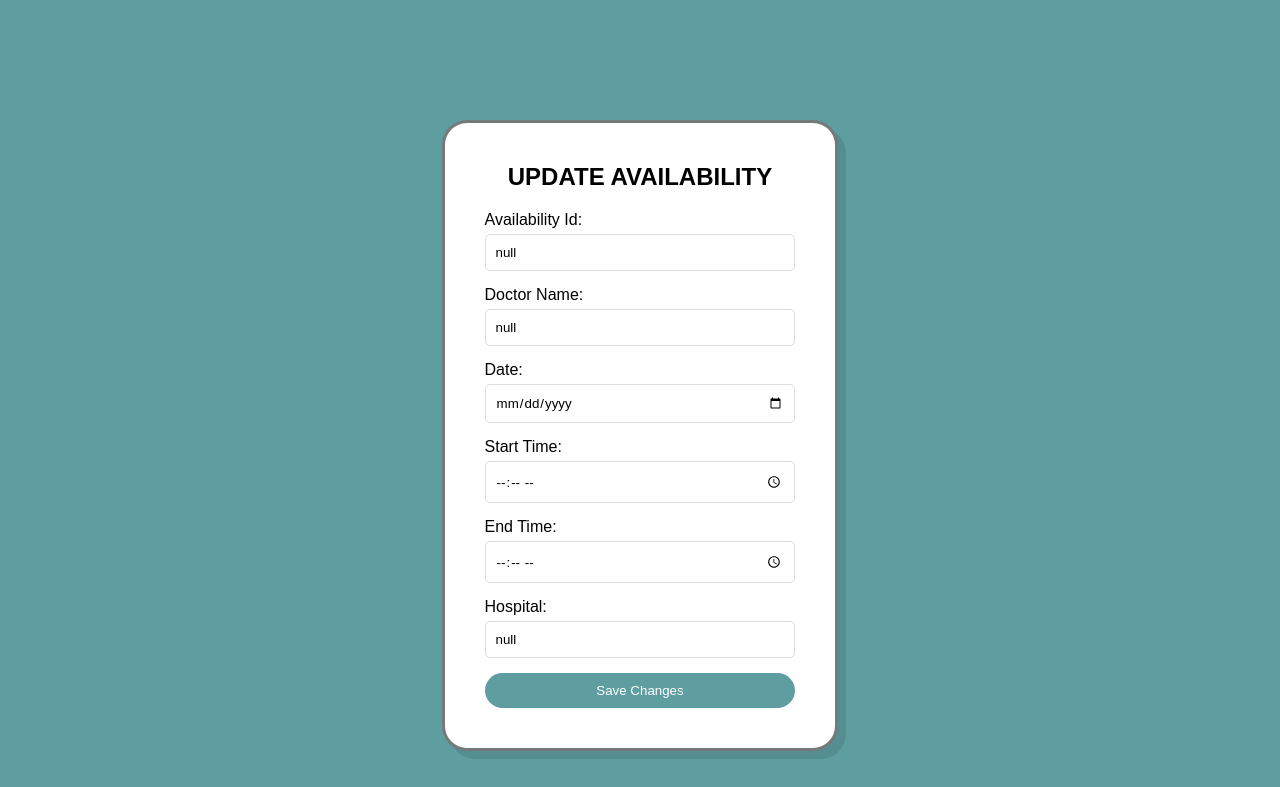
Repository: MonaliWatareka/echanneling
Page: http://localhost/PatientDemo/updateAvailability.jsp
An editor plug-in stored every save of this project. The page is shown before and after the next save, followed by the edit.
The browser window is 1280 px wide. The pictures show the whole page.
The page is served by Tomcat 10. Other server files are loaded and not shown.

Above is the page before, as saved 2024-10-12 14:13:44.

### Project/PatientDemo/src/main/webapp/updateAvailability.jsp
<%@ page language="java" contentType="text/html; charset=UTF-8"
    pageEncoding="UTF-8"%>

<!DOCTYPE html>

<html lang="en">

<head>
    <meta charset="UTF-8">
    <meta name="viewport" content="width=device-width, initial-scale=1.0">
    <title>Update Availability</title>
    <link rel="stylesheet" href="${pageContext.request.contextPath}/css/update doctor availability.css">
</head>

<body>

	<%
	    // Retrieve parameters passed from availabilityList.jsp
	    String aid = request.getParameter("availabilityId");
	    String doctorname = request.getParameter("doctorname");
	    String date = request.getParameter("date");
	    String starttime = request.getParameter("starttime");
	    String endtime = request.getParameter("endtime");
	    String hospital = request.getParameter("hospital");
	%>


    <div class="wrapper">
        <div class="form-box">
            <header>UPDATE AVAILABILITY</header>
            <form action="updateAvailability" method="post">

            	<label>Availability Id:</label>
                <input type="text" class="input-field" name="aid" value="<%=aid%>" readonly>

            	<label>Doctor Name:</label>
                <input type="text" class="input-field" name="doctorname" value="<%=doctorname%>" readonly>

                <label>Date:</label>
                <input type="date" class="input-field" name="date" value="<%=date%>" required>

                <label>Start Time:</label>
                <input type="time" class="input-field" name="starttime" value="<%=starttime%>" required>

                <label>End Time:</label>
				<input type="time" class="input-field" name="endtime" value="<%=endtime%>" required>

                <label>Hospital:</label>
                <input type="text" class="input-field" name="hospital" value="<%=hospital%>" required>

                <button type="submit" class="add-btn" style="border-radius:25px;">Save Changes</button>
            </form>
        </div>
    </div>
    <br><br>


</body>
</html>

### Project/PatientDemo/src/main/webapp/css/update doctor availability.css

* {
    margin: 0;
    padding: 0;
    box-sizing: border-box;
    font-family: 'Arial', sans-serif;
}

body{
    background-color: cadetblue;
}

/* Navigation Bar */
.nav {
    width: 100%;
    height: 55px;
    background:rgb(255, 255, 255);
    display: flex;
    justify-content: space-between;
    align-items: center;
    padding: 0 50px;
    position: fixed;
    top: 0;
    left: 0;
    z-index: 100;
}

.nav-logo p {
    color: #000000;
    font-size: 24px;
    font-weight: bold;
}

.nav-menu ul {
    list-style: none;
    display: flex;
}

.nav-menu ul li {
    margin-right: 20px;
}

.nav-menu ul li a {
    color: #000000;
    text-decoration: none;
    font-size: 15px;
    transition: color 0.3s ease;
}

.nav-menu ul li a:hover,
.nav-menu ul li a.active {
    color:cadetblue;
}

.nav-button .btn {
    background-color: cadetblue;
    color: #fff;
    padding: 10px 20px;
    border: none;
    cursor: pointer;
    border-radius: 30px;
    transition: background-color 0.3s ease;
}

.nav-button .btn:hover {
    background-color: lightblue;
}

.wrapper {
    margin-top: 120px;
    display: flex;
    justify-content: center;
}

.form-box {
    background-color: #fff;
    padding: 40px;
    border: rgba(0, 7, 7, 0.537) solid;
    border-radius: 25px;
    box-shadow: 8px 8px rgba(0, 0, 0, 0.1);
}

header {
    font-size: 24px;
    font-weight: bold;
    margin-bottom: 20px;
    text-align: center;
}

label {
    font-size: 16px;
    display: block;
    margin-bottom: 5px;
}

.input-field {
    width: 100%;
    padding: 10px;
    margin-bottom: 15px;
    border-radius: 5px;
    border: 1px solid #ddd;
}

.add-btn {
    width: 100%;
    padding: 10px;
    background-color: cadetblue;
    color: white;
    border: none;
    border-radius: 5px;
    cursor: pointer;
}

.add-btn:hover {
    background-color: lightblue;
}


footer {
    width: 100%;
    background-color: rgb(255, 255, 255);
    padding: 20px 0;
    text-align: center;
    position: fixed;
    bottom: 0;
    left: 0;
}

.footer-content {
    display: flex;
    flex-direction: column;
    align-items: center;
    color: rgb(0, 0, 0);
}

.footer-content p {
    margin: 0;
    font-size: 14px;
}

After the next save:
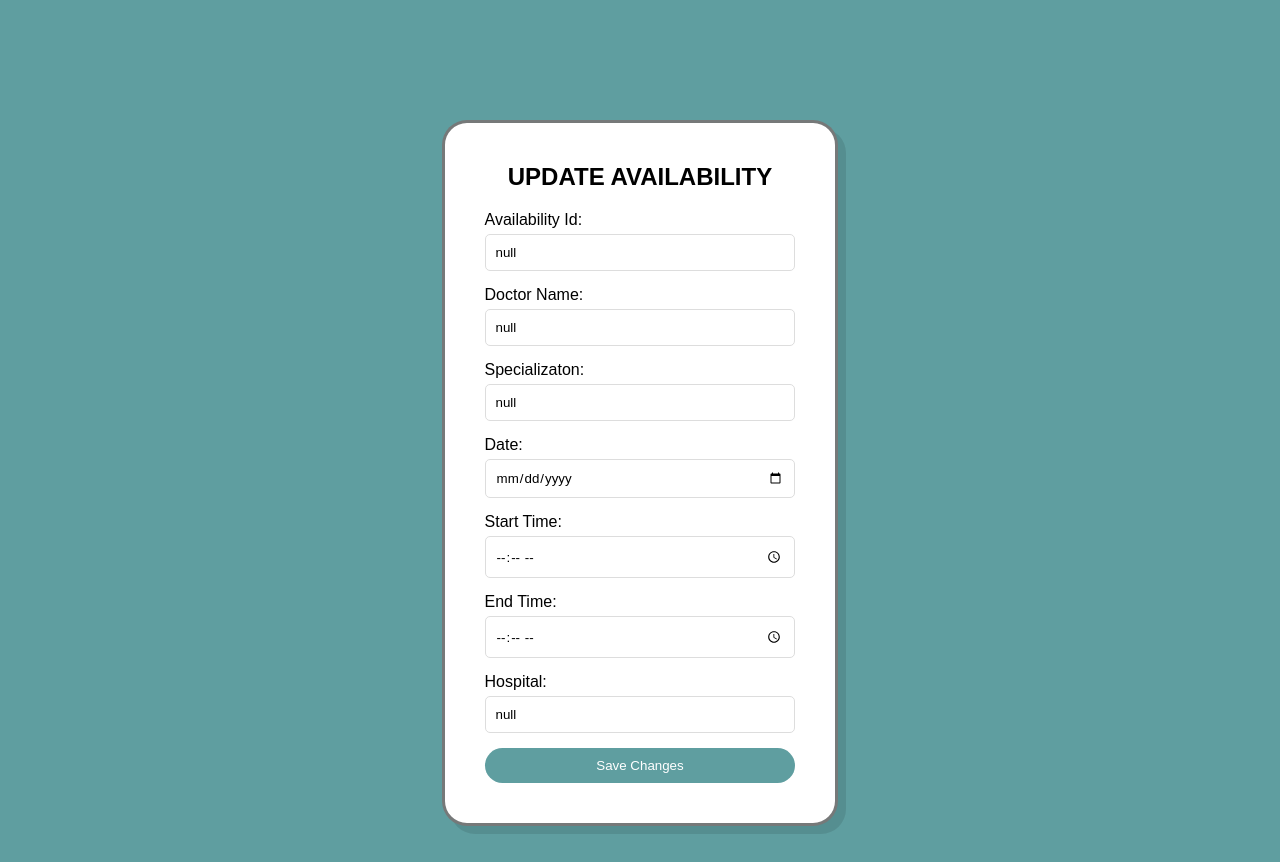
Saved 2 min 31 s later.
--- a/Project/PatientDemo/src/main/webapp/updateAvailability.jsp
+++ b/Project/PatientDemo/src/main/webapp/updateAvailability.jsp
@@ -18,6 +18,7 @@
 	    // Retrieve parameters passed from availabilityList.jsp
 	    String aid = request.getParameter("availabilityId");
 	    String doctorname = request.getParameter("doctorname");
+	    String special = request.getParameter("special");
 	    String date = request.getParameter("date");
 	    String starttime = request.getParameter("starttime");
 	    String endtime = request.getParameter("endtime");
@@ -35,6 +36,9 @@
 
             	<label>Doctor Name:</label>
                 <input type="text" class="input-field" name="doctorname" value="<%=doctorname%>" readonly>
+
+            	<label>Specializaton:</label>
+                <input type="text" class="input-field" name="special" value="<%=special%>" readonly>
 
                 <label>Date:</label>
                 <input type="date" class="input-field" name="date" value="<%=date%>" required>
